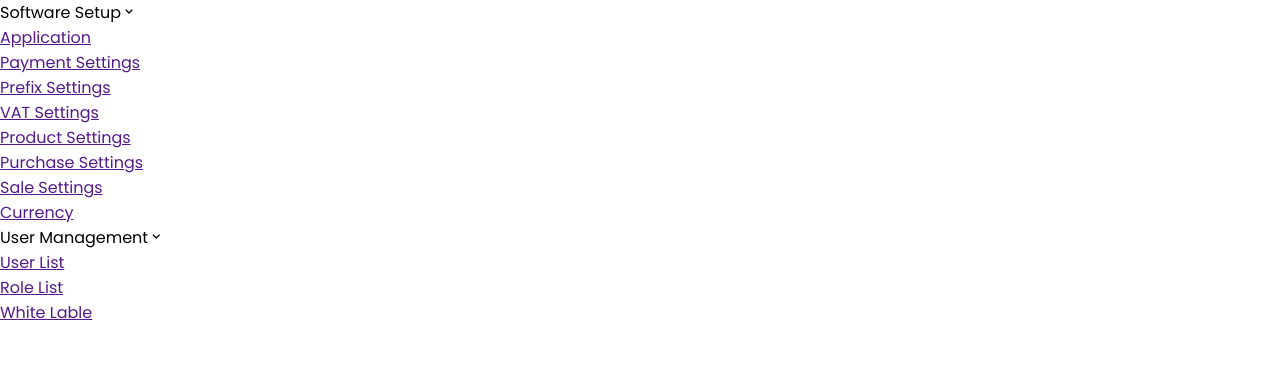
Repository: codebyaddro/pos-settings
Page: settings.html
An editor plug-in stored every save of this project. The page is shown before and after a run of saves, followed by the edit.
The browser window is 1280 px wide. The pictures show the whole page.

Above is the page before, as saved 2025-02-16 13:44:23.

### settings.html
<!DOCTYPE html>
<html lang="en">
<head>
    <meta charset="UTF-8">
    <meta name="viewport" content="width=device-width, initial-scale=1.0">
    <!-- CSS -->
    <link rel="stylesheet" href="/css/settings.css">
    <!-- ICON -->
    <link href='https://unpkg.com/boxicons@2.1.4/css/boxicons.min.css' rel='stylesheet'>
    <title>Settings - Page</title>
</head>
<body>
    <div class="cba-settings-container">
        <div class="cba-settings-top-menubar">
            <ul>
                <li>
                    Software Setup<i class='bx bx-chevron-down'></i>
                    <ul>
                        <li><a href="">Application</a></li>
                        <li><a href="">Payment Settings</a></li>
                        <li><a href="">Prefix Settings</a></li>
                        <li><a href="">VAT Settings</a></li>
                        <li><a href="">Product Settings</a></li>
                        <li><a href="">Purchase Settings</a></li>
                        <li><a href="">Sale Settings</a></li>
                        <li><a href="">Currency</a></li>
                    </ul>
                </li>
                <li>
                    User Management<i class='bx bx-chevron-down'></i>
                    <ul>
                        <li><a href="">User List</a></li>
                        <li><a href="">Role List</a></li>
                    </ul>
                </li>
                <li><a href="">
                    White Lable
                </a></li>
            </ul>
        </div>
    </div>
</body>
</html>

### css/settings.css
/* -- font link -- */

@import url('https://fonts.googleapis.com/css2?family=Poppins:ital,wght@0,100;0,200;0,300;0,400;0,500;0,600;0,700;0,800;0,900;1,100;1,200;1,300;1,400;1,500;1,600;1,700;1,800;1,900&display=swap');

/* -- root css -- */

:root {
    --gray-white: #F0F1F2; /* For body*/
    --white: #FFFFFF;
    --black: #000000;
    --gray-black: #DDDDDD;
    --lt-gray: #EFEFEF;
    --lt-black: #212523;
    --lt-black-op: #21252350;
    --main-green: #157343;
    --main-lt: #37A000;
    --lt-orange: #FD7E14;
    --green: #008000;
    --lt-green: #e9f6ec;
    --lp-green: #F8FAF8;
    --red: #FF0000;
    --lt-red: #fbeaec;
}

/* -- universal style -- */

* {
    margin: 0;
    padding: 0;
    box-sizing: border-box;
    font-family: "Poppins", serif;
}

/* -- web app cursor element selection style -- */

::selection {
    color: var(--white);
    background-color: var(--main-lt);
}

/* -- settings top menu bar style --/

.cba-settings-top-menubar {
    background-color: var(--lt-gray);
    padding: 10px 0;
    display: flex;
    justify-content: space-between;
    align-items: center;
    position: fixed;
    top: 0;
    left: 0;
    right: 0;
    z-index: 1000;
    box-shadow: 0 2px 4px rgba(0, 0, 0, 0.1);
}

After the next 4 saves:
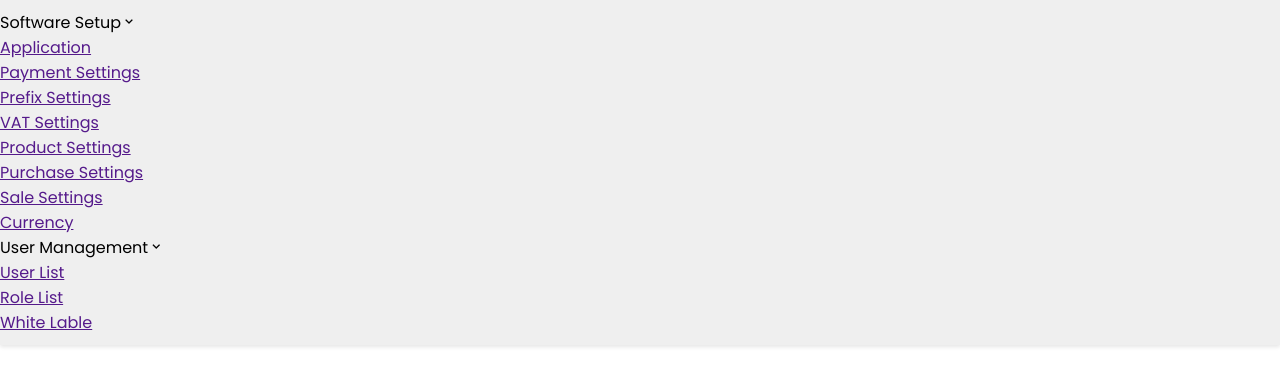
The 4 saves are shown as one change because they came seconds apart.
The last was saved 25 s later.
--- a/css/settings.css
+++ b/css/settings.css
@@ -38,7 +38,7 @@
     background-color: var(--main-lt);
 }
 
-/* -- settings top menu bar style --/
+/* -- settings top menu bar style -- */
 
 .cba-settings-top-menubar {
     background-color: var(--lt-gray);

After the 5 saves that followed:
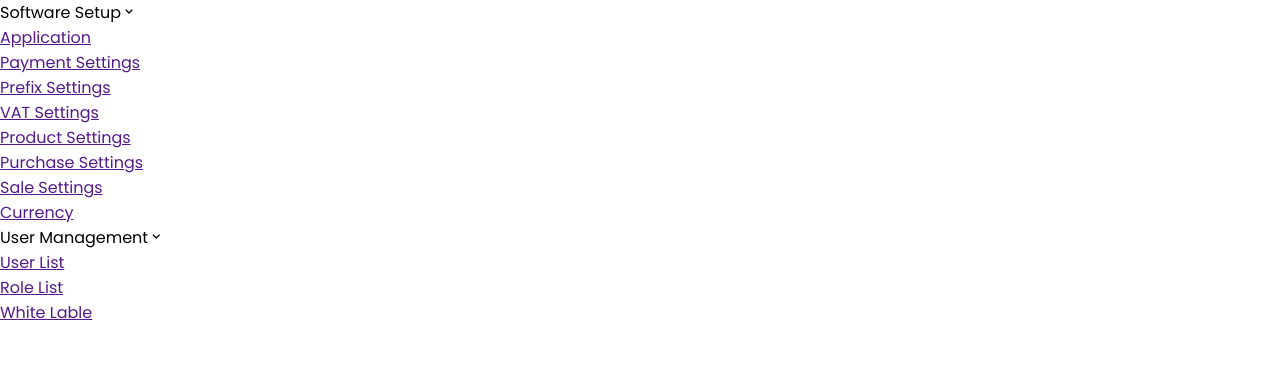
The 5 saves are shown as one change because they came seconds apart.
The last was saved 13 s later.
--- a/css/settings.css
+++ b/css/settings.css
@@ -41,15 +41,5 @@
 /* -- settings top menu bar style -- */
 
 .cba-settings-top-menubar {
-    background-color: var(--lt-gray);
-    padding: 10px 0;
     display: flex;
-    justify-content: space-between;
-    align-items: center;
-    position: fixed;
-    top: 0;
-    left: 0;
-    right: 0;
-    z-index: 1000;
-    box-shadow: 0 2px 4px rgba(0, 0, 0, 0.1);
 }
